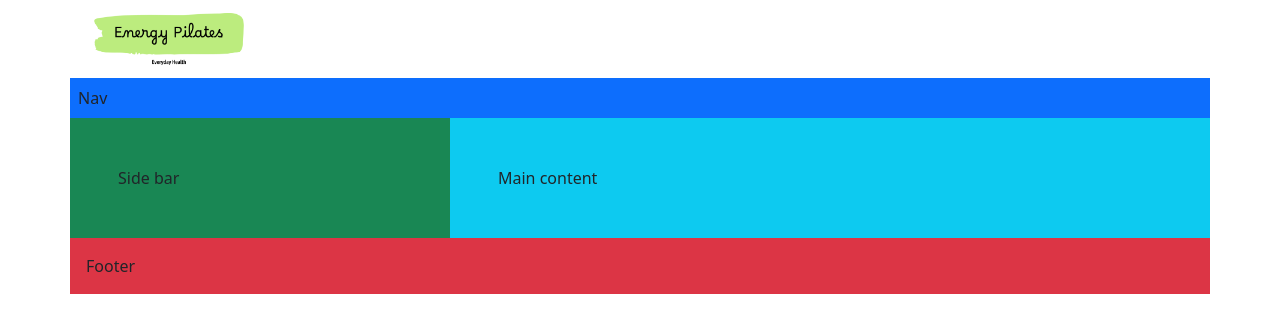
Repository: KizukoHeiwa/SOF308
Page: Lab1/index.html
An editor plug-in stored every save of this project. The page is shown before and after the next save, followed by the edit.
The browser window is 1280 px wide. The pictures show the whole page.

Above is the page before, as saved 2024-10-31 09:55:19.

### Lab1/index.html
<!DOCTYPE html>
<html lang="en">
<head>
    <meta charset="UTF-8">
    <meta name="viewport" content="width=device-width, initial-scale=1.0">
    <title>FPT Polytechnic</title>
    <link href="https://cdn.jsdelivr.net/npm/bootstrap@5.3.3/dist/css/bootstrap.min.css" rel="stylesheet" integrity="sha384-QWTKZyjpPEjISv5WaRU9OFeRpok6YctnYmDr5pNlyT2bRjXh0JMhjY6hW+ALEwIH" crossorigin="anonymous">
    <script src="https://cdn.jsdelivr.net/npm/bootstrap@5.3.3/dist/js/bootstrap.bundle.min.js" integrity="sha384-YvpcrYf0tY3lHB60NNkmXc5s9fDVZLESaAA55NDzOxhy9GkcIdslK1eN7N6jIeHz" crossorigin="anonymous"></script>
    <style>

    </style>
</head>
<body>
    <div class="container">
        <header class="header">
            <nav class="navbar navbar-expand-sm navbar-dark">
                <div class="container">
                    <a class="navbar-brand" href="">
                        <img src="img/logo-energy-pilates.png" alt="" style="width: 150px;">
                    </a>
                    <button class="navbar-toggler" type="button" data-bs-toggle="collapse" data-bs-target="#collapsibleNavbar">
                        <span class="navbar-toggler-icon"></span>
                    </button>
                    <div class="collapse navbar-collapse" id="collapsibleNavbar">
                        <ul class="navbar-nav me-auto">
                            <li class="nav-item">
                                <a class="nav-link" href="Lab3ChuyenMuc.html"><i class="fa-solid fa-list"></i> Bài viết</a>
                            </li>
                            <li class="nav-item">
                                <a class="nav-link" href="#"><i class="fa-solid fa-film"></i> Video</a>
                            </li>
                            <li class="nav-item">
                                <a class="nav-link" href="#"><i class="fa-solid fa-circle-info"></i> Giới thiệu</a>
                            </li>
                            <li class="nav-item">
                                <a class="nav-link" href="#"><i class="fa-solid fa-calendar-days"></i> Sự kiện</a>
                            </li>
                            <li class="nav-item dropdown">
                                <a class="nav-link dropdown-toggle" href="#" role="button" data-bs-toggle="dropdown">
                                    <i class="fa-solid fa-user"></i> Tài khoản
                                </a>
                                <ul class="dropdown-menu">
                                    <li><a class="dropdown-item" href="#">Đăng nhập</a></li>
                                    <li><a class="dropdown-item" href="#">Quên mật khẩu</a></li>
                                    <li><a class="dropdown-item" href="#">Đăng ký thành viên</a></li>
                                </ul>
                            </li>
                        </ul>
                        <ul class="navbar-nav d-flex">
                            <li class="nav-item">
                                <a class="nav-link">Tiếng Việt</a>
                            </li>
                            <li class="nav-item">
                                <a class="nav-link">Tiếng Anh</a>
                            </li>
                        </ul>
                    </div>
                </div>
            </nav>

        </header>
        <nav class="row bg-primary p-2">Nav</nav>
        <section class="row">
            <aside class="col-sm-4 bg-success p-5">Side bar</aside>
            <article class="col-sm-8 bg-info p-5">Main content</article>
        </section>
        <footer class="row bg-danger p-3">Footer</footer>
    </div>
</body>
</html>

After the next save:
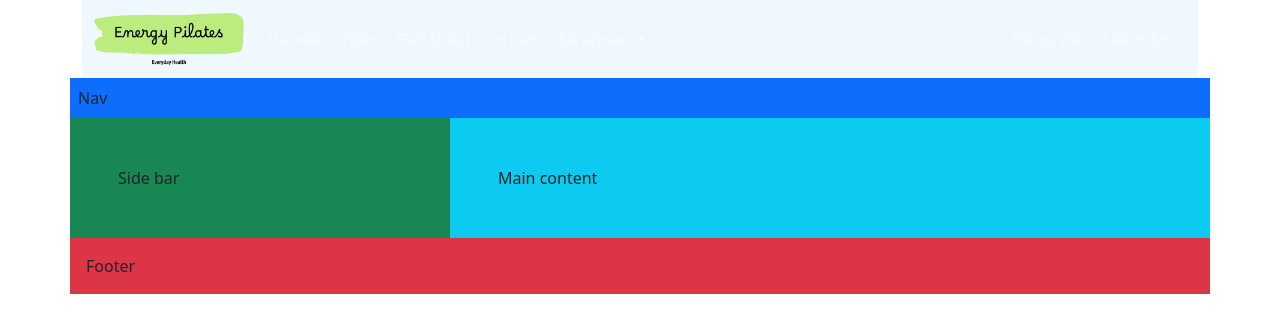
Saved 9 s later.
--- a/Lab1/index.html
+++ b/Lab1/index.html
@@ -7,7 +7,10 @@
     <link href="https://cdn.jsdelivr.net/npm/bootstrap@5.3.3/dist/css/bootstrap.min.css" rel="stylesheet" integrity="sha384-QWTKZyjpPEjISv5WaRU9OFeRpok6YctnYmDr5pNlyT2bRjXh0JMhjY6hW+ALEwIH" crossorigin="anonymous">
     <script src="https://cdn.jsdelivr.net/npm/bootstrap@5.3.3/dist/js/bootstrap.bundle.min.js" integrity="sha384-YvpcrYf0tY3lHB60NNkmXc5s9fDVZLESaAA55NDzOxhy9GkcIdslK1eN7N6jIeHz" crossorigin="anonymous"></script>
     <style>
-
+        .header{
+            background-color: #F0F8FF;
+            color: black;
+        }
     </style>
 </head>
 <body>

After the 6 saves that followed:
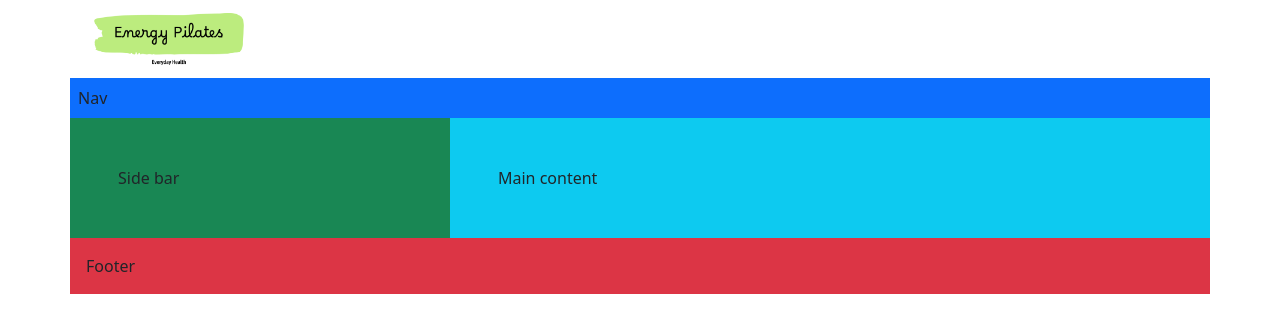
The 6 saves are shown as one change because 5 left the picture as it was.
The last was saved 56 s later.
--- a/Lab1/index.html
+++ b/Lab1/index.html
@@ -8,8 +8,11 @@
     <script src="https://cdn.jsdelivr.net/npm/bootstrap@5.3.3/dist/js/bootstrap.bundle.min.js" integrity="sha384-YvpcrYf0tY3lHB60NNkmXc5s9fDVZLESaAA55NDzOxhy9GkcIdslK1eN7N6jIeHz" crossorigin="anonymous"></script>
     <style>
         .header{
-            background-color: #F0F8FF;
+            /* background-color: #F0F8FF; */
+        }
+        .header .container{
             color: black;
+
         }
     </style>
 </head>
@@ -18,7 +21,7 @@
         <header class="header">
             <nav class="navbar navbar-expand-sm navbar-dark">
                 <div class="container">
-                    <a class="navbar-brand" href="">
+                    <a class="navbar-brand" href="#">
                         <img src="img/logo-energy-pilates.png" alt="" style="width: 150px;">
                     </a>
                     <button class="navbar-toggler" type="button" data-bs-toggle="collapse" data-bs-target="#collapsibleNavbar">
@@ -27,7 +30,7 @@
                     <div class="collapse navbar-collapse" id="collapsibleNavbar">
                         <ul class="navbar-nav me-auto">
                             <li class="nav-item">
-                                <a class="nav-link" href="Lab3ChuyenMuc.html"><i class="fa-solid fa-list"></i> Bài viết</a>
+                                <a class="nav-link" href="#"><i class="fa-solid fa-list"></i> Bài viết</a>
                             </li>
                             <li class="nav-item">
                                 <a class="nav-link" href="#"><i class="fa-solid fa-film"></i> Video</a>
